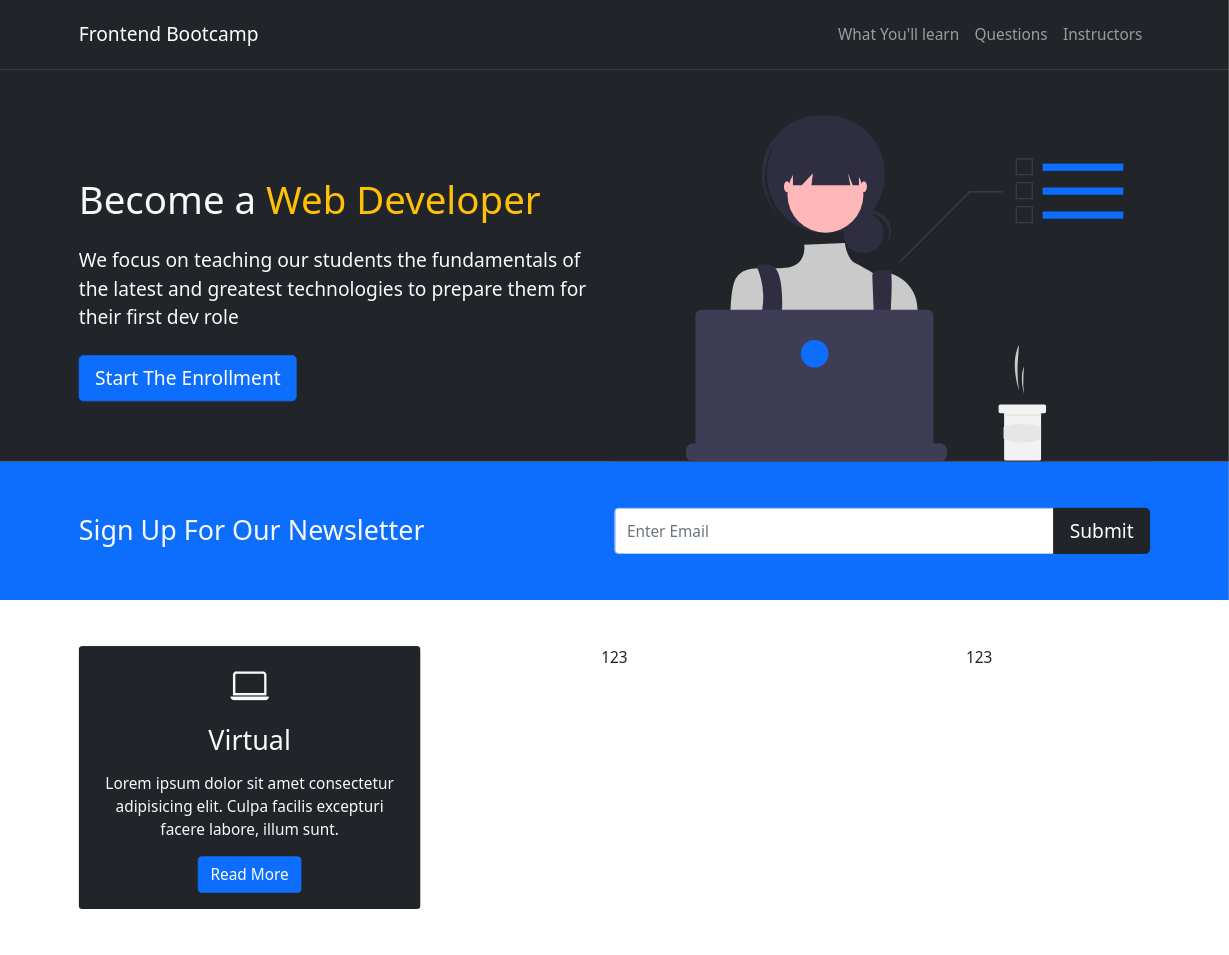
Repository: Marhamat92/Bootstrap5-Responsive-Website-
Page: index.html
An editor plug-in stored every save of this project. The page is shown before and after the next save, followed by the edit.
The browser window is 1280 px wide. The pictures show the whole page, at 96% of full size.
Some web libraries are served in a nearby version.

Above is the page before, as saved 2021-09-18 17:23:48.

### index.html
<!DOCTYPE html>
<html lang="en">

<head>
    <meta charset="UTF-8">
    <meta http-equiv="X-UA-Compatible" content="IE=edge">
    <meta name="viewport" content="width=device-width, initial-scale=1.0">
    <link href="https://cdn.jsdelivr.net/npm/bootstrap@5.0.2/dist/css/bootstrap.min.css" rel="stylesheet"
        integrity="sha384-EVSTQN3/azprG1Anm3QDgpJLIm9Nao0Yz1ztcQTwFspd3yD65VohhpuuCOmLASjC" crossorigin="anonymous">
    <link rel="stylesheet" href="https://cdn.jsdelivr.net/npm/bootstrap-icons@1.3.0/font/bootstrap-icons.css">
    <link rel="stylesheet" href="style.css">
    <title>Frontend Bootcamp</title>

</head>

<body>
    <!--Navbar-->
    <nav class="navbar navbar-expand-lg bg-dark navbar-dark py-3">
        <div class="container">
            <a href="#" class="navbar-brand">Frontend Bootcamp</a>
            <button class="navbar-toggler" type="button" data-bs-toggle="collapse" data-bs-target="#navmenu">
                <span class="navbar-toggler-icon"></span>
            </button>
            <div class="collapse navbar-collapse" id="navmenu">
                <ul class="navbar-nav ms-auto">
                    <li class="nav-item">
                        <a href="#learn" class="nav-link">What You'll learn</a>
                    </li>
                    <li class="nav-item">
                        <a href="#questions" class="nav-link">Questions</a>
                    </li>
                    <li class="nav-item">
                        <a href="#instructors" class="nav-link">Instructors</a>
                    </li>
                </ul>
            </div>
        </div>
    </nav>

    <!--Showcase-->

    <section class="bg-dark text-light p-5 p-lg-0 pt-lg-5 text-center text-sm-start">
        <div class="container">
            <div class="d-sm-flex align-items-center justify-content-between">
                <div>
                    <h1>Become a <span class="text-warning">Web Developer</span> </h1>
                    <p class="lead my-4">We focus on teaching our students the fundamentals of the latest and
                        greatest technologies to prepare them for their first dev role
                    </p>
                    <button class="btn btn-primary btn-lg">Start The Enrollment</button>
                </div>
                <img class="img-fluid w-50 d-none d-sm-block" src="img/showcase.svg" alt="showcase">
            </div>
        </div>
    </section>


    <!--Newsletter-->
    <section class=" bg-primary text-light p-5">
        <div class="container">
            <div class="d-md-flex justify-content-between align-items-center">
                <h3 class="mb-3 mb-md-0">Sign Up For Our Newsletter</h3>
                <div class="input-group news-input">
                    <input type="text" class="form-control" placeholder="Enter Email">
                    <button class="btn btn-dark btn-lg" type="button">Submit</button>
                </div>

            </div>
        </div>
    </section>

    <!--Boxes-->
    <section class="p-5">
        <div class="container">
            <div class="row text-center">
                <div class="col-md">
                    <div class="card bg-dark text-light">
                        <div class="card-body text-center">
                            <div class="h1 mb-3"><i class="bi bi-laptop"></i>
                            </div>
                            <h3 class="title mb-3">Virtual</h3>
                            <p class="card-text">
                                Lorem ipsum dolor sit amet consectetur adipisicing elit. Culpa facilis excepturi facere labore, illum sunt.
                            </p>
                            <a href="#" class="btn btn-primary">Read More</a>
                        </div>
                    </div>
                </div>
                <div class="col-md">123</div>
                <div class="col-md">123</div>
            </div>
        </div>
    </section>






















    <script src="https://cdn.jsdelivr.net/npm/bootstrap@5.0.2/dist/js/bootstrap.bundle.min.js"
        integrity="sha384-MrcW6ZMFYlzcLA8Nl+NtUVF0sA7MsXsP1UyJoMp4YLEuNSfAP+JcXn/tWtIaxVXM" crossorigin="anonymous">
    </script>
</body>

</html>

### style.css
@media (min-width:768px) {
    .news-input{
        width:50%;
    }
}

After the next save:
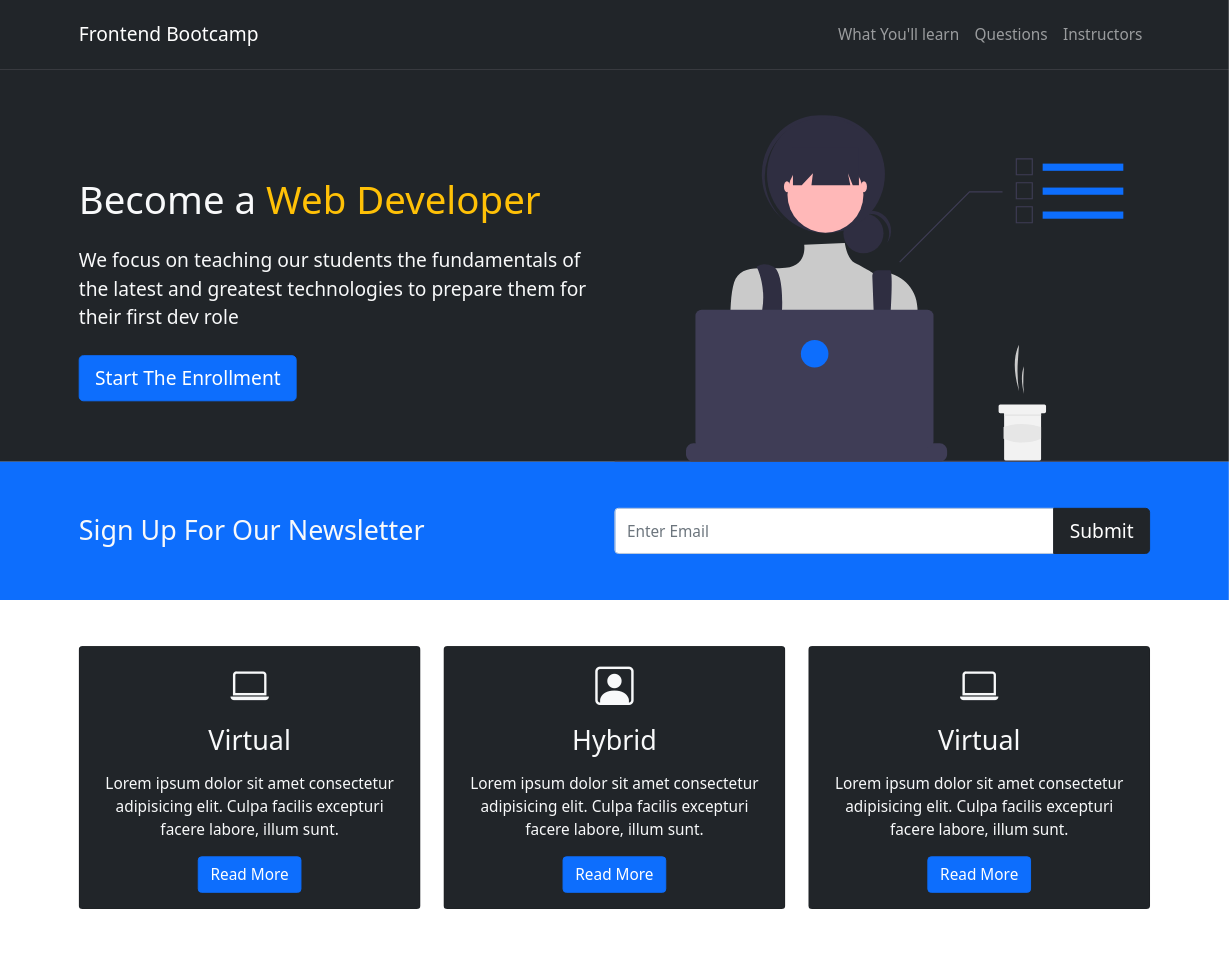
Saved 2 min 2 s later.
--- a/index.html
+++ b/index.html
@@ -86,8 +86,32 @@
                         </div>
                     </div>
                 </div>
-                <div class="col-md">123</div>
-                <div class="col-md">123</div>
+                <div class="col-md">
+                    <div class="card bg-dark text-light">
+                        <div class="card-body text-center">
+                            <div class="h1 mb-3"><i class="bi bi-person-square"></i>
+                            </div>
+                            <h3 class="title mb-3">Hybrid</h3>
+                            <p class="card-text">
+                                Lorem ipsum dolor sit amet consectetur adipisicing elit. Culpa facilis excepturi facere labore, illum sunt.
+                            </p>
+                            <a href="#" class="btn btn-primary">Read More</a>
+                        </div>
+                    </div>
+                </div>
+                <div class="col-md">
+                    <div class="card bg-dark text-light">
+                        <div class="card-body text-center">
+                            <div class="h1 mb-3"><i class="bi bi-laptop"></i>
+                            </div>
+                            <h3 class="title mb-3">Virtual</h3>
+                            <p class="card-text">
+                                Lorem ipsum dolor sit amet consectetur adipisicing elit. Culpa facilis excepturi facere labore, illum sunt.
+                            </p>
+                            <a href="#" class="btn btn-primary">Read More</a>
+                        </div>
+                    </div>
+                </div>
             </div>
         </div>
     </section>
